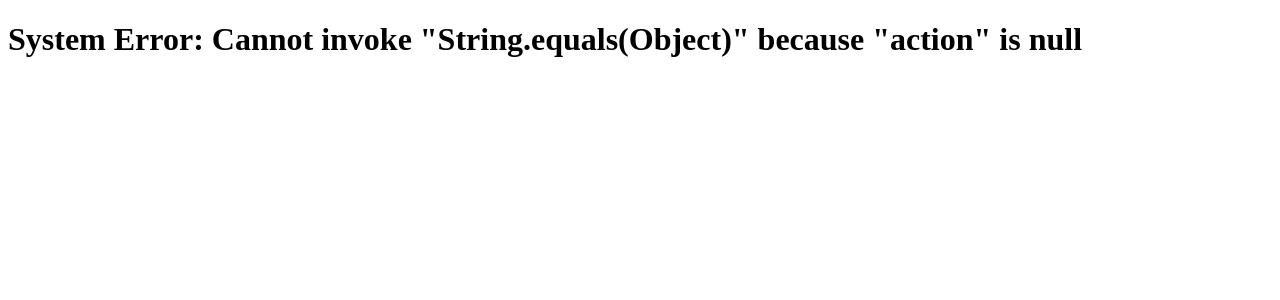
Repository: kirushanshan/SGIC-JAVA
Page: http://localhost/Student/studentManage
These files come from the project's save history. The page is drawn as it stood at one moment and after the next save; the edit follows.
The browser window is 1280 px wide. The pictures show the whole page.
The page is served by Tomcat 9.

Above is the page before, as saved 2022-09-22 04:09:36.

After the next save:
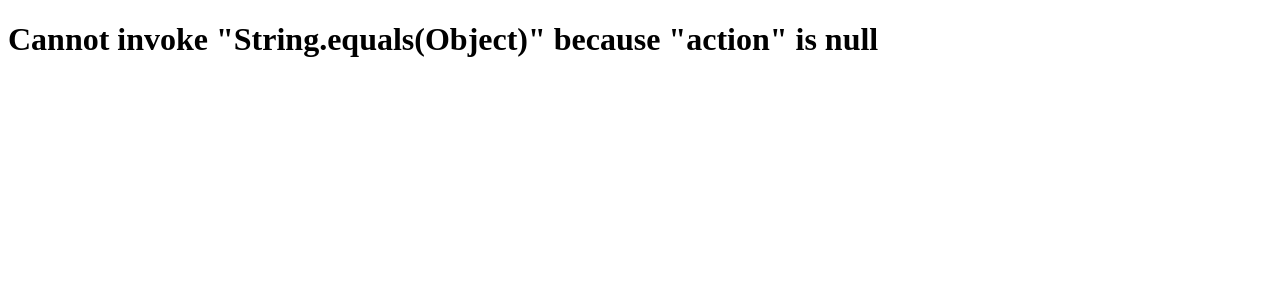
Saved 8 s later.
--- a/h/Student/src/main/java/StudentManage.java
+++ b/h/Student/src/main/java/StudentManage.java
@@ -49,7 +49,7 @@ public class StudentManage extends HttpServlet {
 				request.getRequestDispatcher("view_student_details.jsp").forward(request, response);
 			}
 		} catch (Exception exception) {
-			request.setAttribute("ERROR", "System Error: " + exception.getMessage());
+			request.setAttribute("ERROR",exception.getMessage());
 			request.getRequestDispatcher("error.jsp").forward(request, response);
 
 		}
